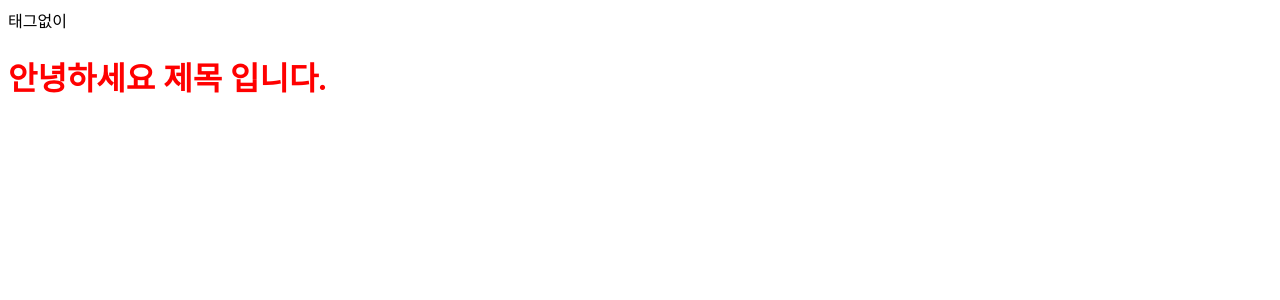
Repository: SeungwanHong/Web-jsp-
Page: 20170413/WebContent/main01.html
An editor plug-in stored every save of this project. The page is shown before and after the next save, followed by the edit.
The browser window is 1280 px wide. The pictures show the whole page.

Above is the page before, as saved 2017-04-13 00:39:08.

After the next save:
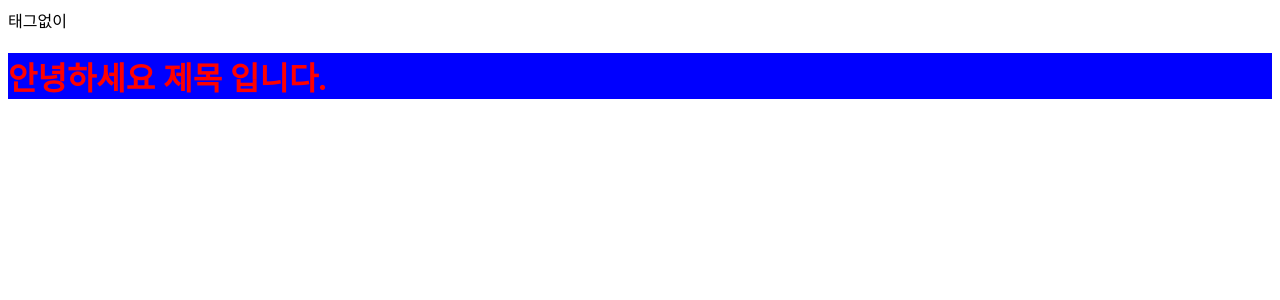
Saved 16 s later.
--- a/20170413/WebContent/main01.html
+++ b/20170413/WebContent/main01.html
@@ -12,7 +12,7 @@
 	id, class, name 등등이 대표적인 속성
 
  -->
-	태그없이<h1 style="color:red; blackground-color:blue;">안녕하세요 제목 입니다.</h1>
+	태그없이<h1 style="color:red; background-color:blue;">안녕하세요 제목 입니다.</h1>
 
 </body>
 </html>
